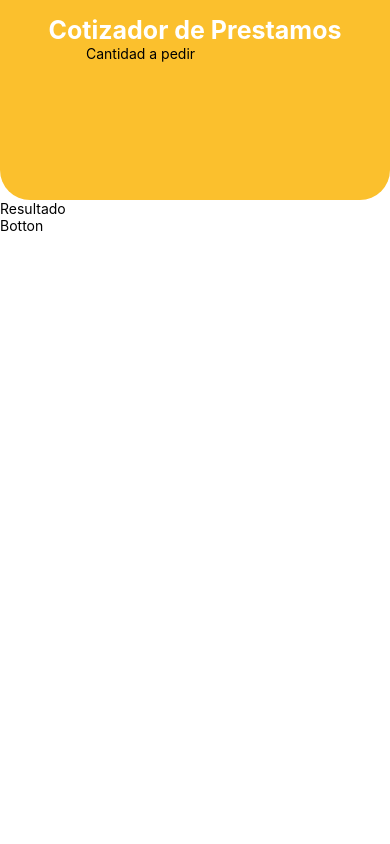
Repository: AleMicky/vagogo
Screen: /
An editor plug-in stored every save of this project. The screen is shown before and after the next save, followed by the edit.
The app was drawn by React Native's web renderer in a window 390 px wide. The project was rebuilt for these pictures with package versions that can differ from the ones it lists, and the page was loaded fresh each time.

Above is the screen before, as saved 2020-06-23 05:09:06.

After the next save:
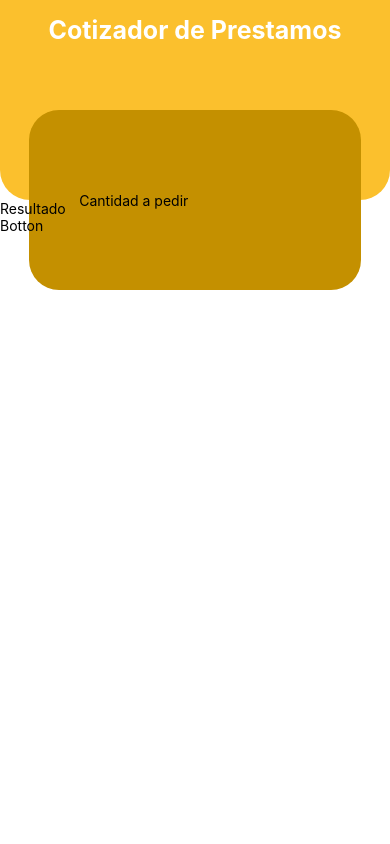
Saved 18 s later.
--- a/src/components/Form.js
+++ b/src/components/Form.js
@@ -4,7 +4,7 @@ import color from '../utils/color'
 
 export default function Form() {
     return (
-        <View>
+        <View style={styles.viewForm}>
             <TextInput placeholder='Cantidad a pedir'/>
 
         </View>
